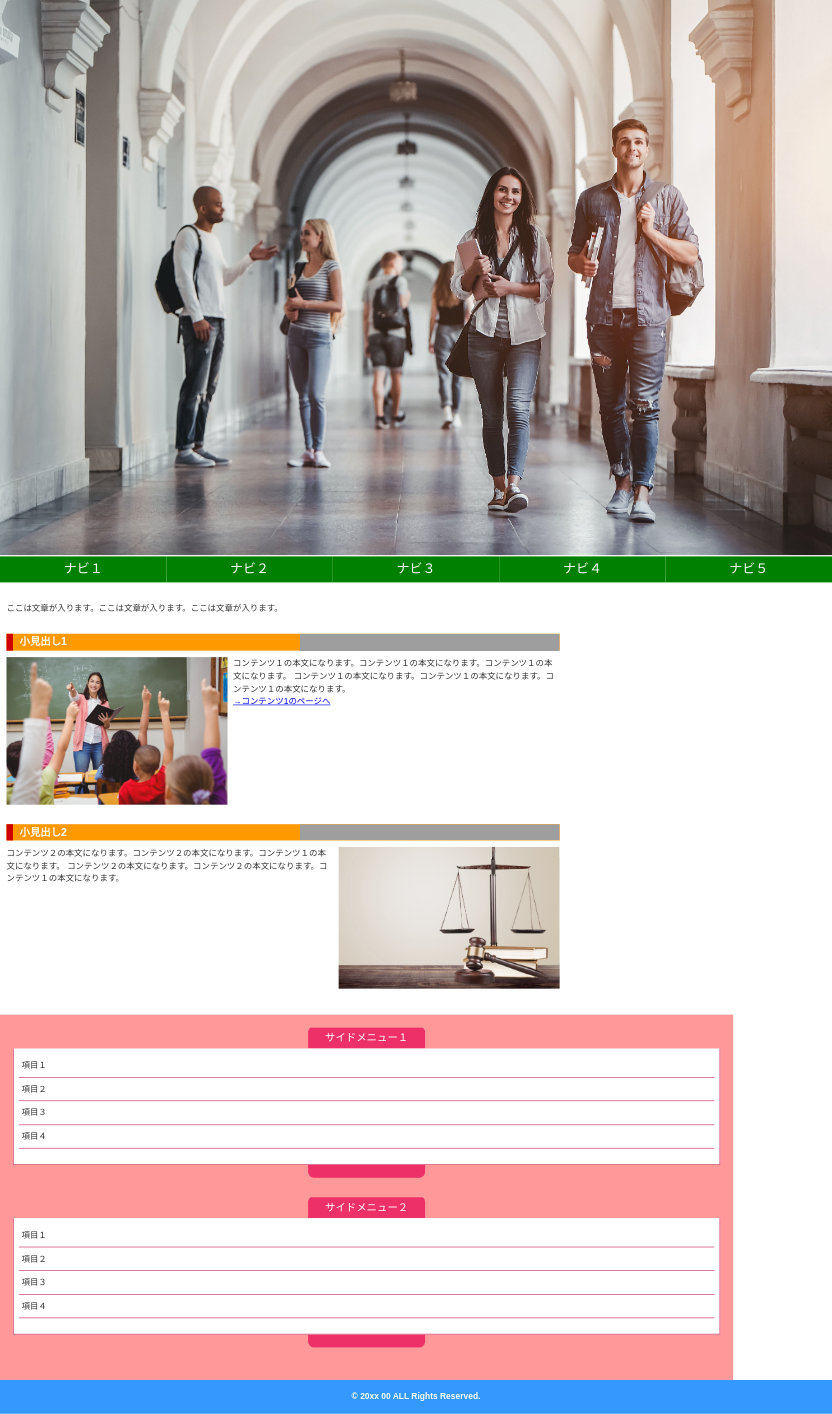
Repository: tamutamu00/samurai_HTML-CSS
Page: home.html
The author's editor kept a record of every edit. The page is drawn from the files as they stood at one moment, then again after the next edit.
The browser window is 1280 px wide. The pictures show the whole page, at 65% of full size.
Pictures or frames that could not be fetched are drawn as grey boxes.

Above is the page before.

After the next edit:
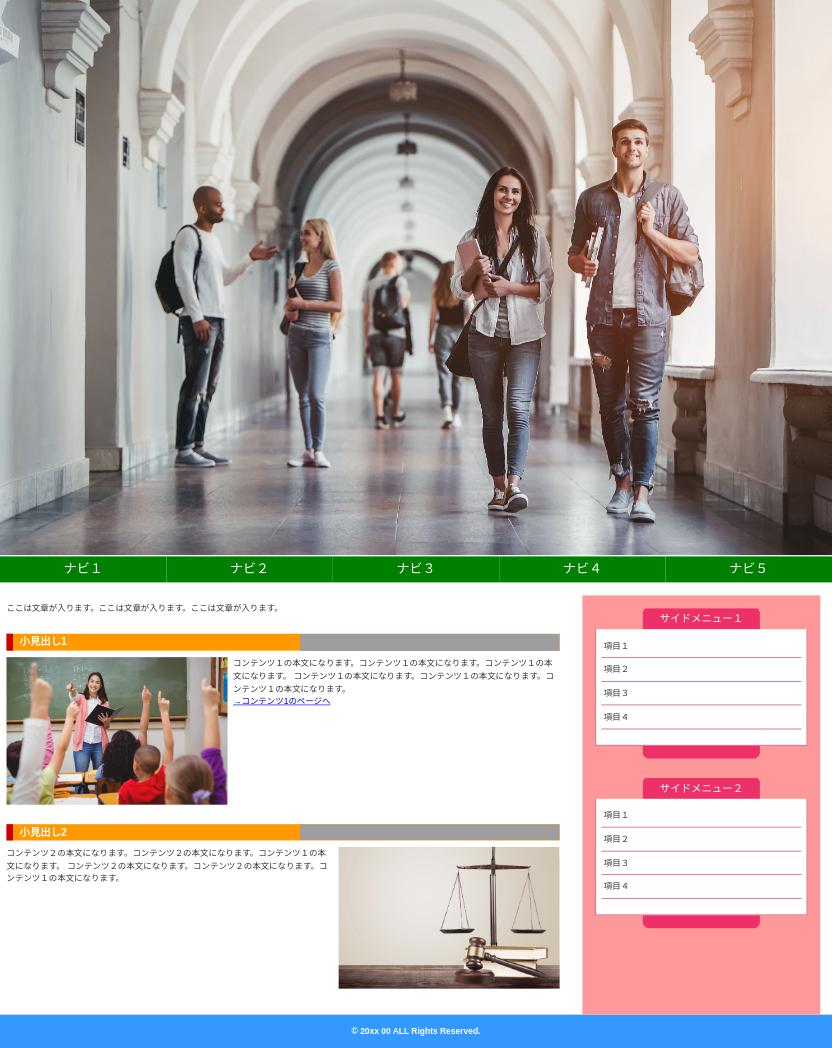
The edit:
--- a/home.html
+++ b/home.html
@@ -42,33 +42,32 @@
                         </p>
                     </div>
                 </div>
-            </div>
-            <div id="side">
-                <div class="box">
-                    <h2>サイドメニュー１</h2>
-                    <div class="boxbody">
-                        <ul>
-                            <li>項目１</li>
-                            <li>項目２</li>
-                            <li>項目３</li>
-                            <li>項目４</li>
-                        </ul>
+                <div id="side">
+                    <div class="box">
+                        <h2>サイドメニュー１</h2>
+                        <div class="boxbody">
+                            <ul>
+                                <li>項目１</li>
+                                <li>項目２</li>
+                                <li>項目３</li>
+                                <li>項目４</li>
+                            </ul>
+                        </div>
                     </div>
-                </div>
-                <div class="box">
-                    <h2>サイドメニュー２</h2>
-                    <div class="boxbody">
-                        <ul>
-                            <li>項目１</li>
-                            <li>項目２</li>
-                            <li>項目３</li>
-                            <li>項目４</li>
-                        </ul>
+                    <div class="box">
+                        <h2>サイドメニュー２</h2>
+                        <div class="boxbody">
+                            <ul>
+                                <li>項目１</li>
+                                <li>項目２</li>
+                                <li>項目３</li>
+                                <li>項目４</li>
+                            </ul>
+                        </div>
                     </div>
                 </div>
             </div>
-            </div>
-        <div id="footer">
+            <div id="footer">
             <p>&copy; 20xx 00 ALL Rights Reserved.</p>
         </div>
     </body>
